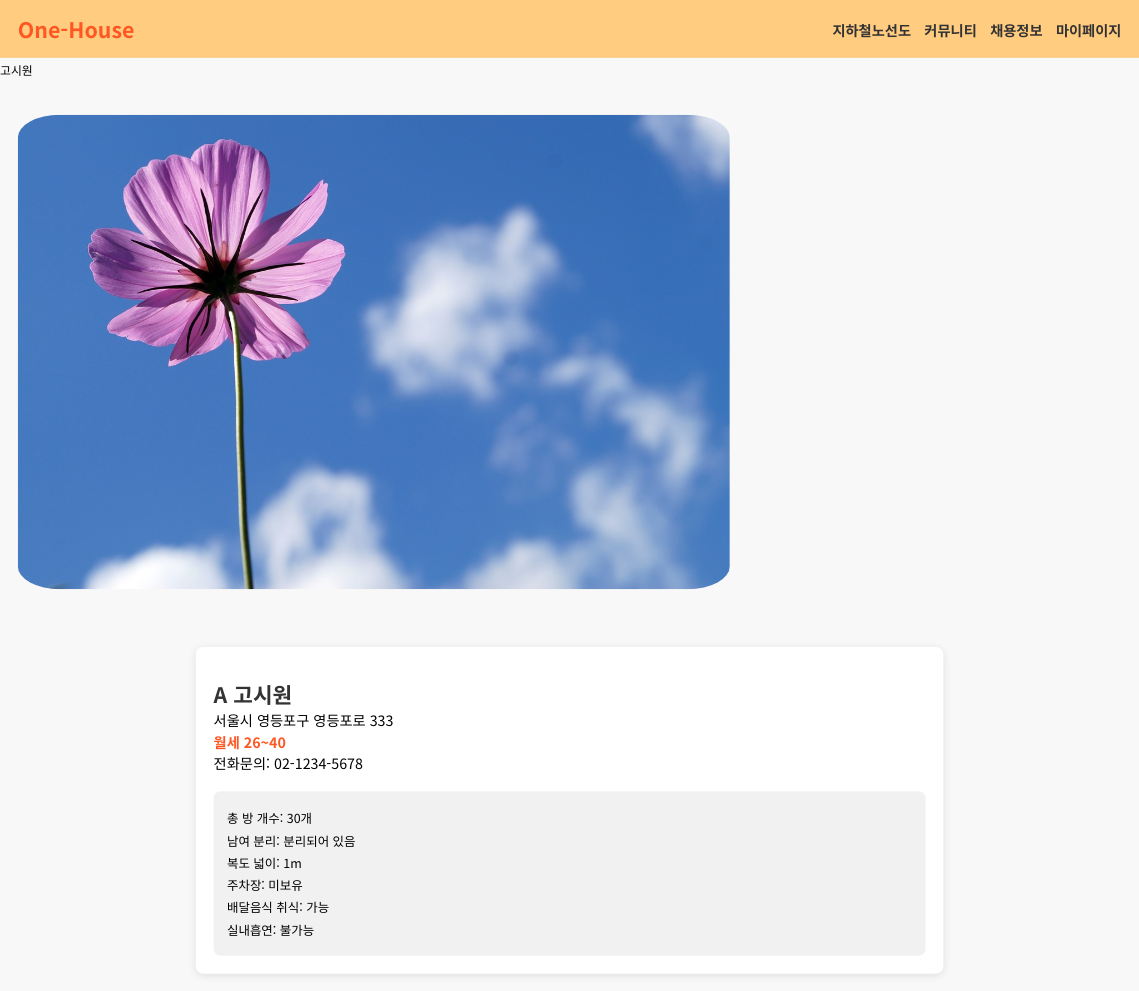
Repository: nayeon-3/one_house
Page: one_house/public/sample/page1.html
An editor plug-in stored every save of this project. The page is shown before and after the next save, followed by the edit.
The browser window is 1280 px wide. The pictures show the whole page, at 89% of full size.

Above is the page before, as saved 2025-02-12 05:29:53.

### one_house/public/sample/page1.html
<!DOCTYPE html>
<html lang="ko">
<head>
    <meta charset="UTF-8">
    <meta name="viewport" content="width=device-width, initial-scale=1.0">
    <title>One-House</title>
    <link rel="stylesheet" href="page1.css">
</head>
<body class="body">
    <header>
        <div class="logo">One-House</div>
        <nav>
            <ul>
                <li><a href="#">지하철노선도</a></li>
                <li><a href="#">커뮤니티</a></li>
                <li><a href="#">채용정보</a></li>
                <li><a href="#">마이페이지</a></li>
            </ul>
        </nav>
    </header>

    <main>
        <div class="image_box">
           <small>고시원<br><img src="/img/flower.jpg" alt="고시원 이미지"></small>
        </div>
        <div class="container">
            <div class="info-box">
                <h2>A 고시원</h2>
                <p>서울시 영등포구 영등포로 333</p>
                <p class="price">월세 26~40</p>
                <p><span class="label">전화문의:</span> 02-1234-5678</p>
            </div>
            <div class="details">
                <p>총 방 개수: 30개</p>
                <p>남여 분리: 분리되어 있음</p>
                <p>복도 넓이: 1m</p>
                <p>주차장: 미보유</p>
                <p>배달음식 취식: 가능</p>
                <p>실내흡연: 불가능</p>
            </div>
        </div>
    </main>

    <script src="page1.js"></script>
</body>
</html>

### one_house/public/sample/page1.css
/*
	<weight>: Use a value from 100 to 900
	<uniquifier>: Use a unique and descriptive class name
*/
@import url('https://fonts.googleapis.com/css2?family=Noto+Sans+KR:wght@100..900&display=swap');
*{
	margin: 0;
	padding: 0;
	font-family: "Noto Sans KR", "Helvetica Neue", Helvetica, Arial, sans-serif;
	font-optical-sizing: auto;
    font-style: normal;
}
/* 기본 스타일 */
body {
    background-color: #f8f8f8;
}

/* 헤더 스타일 */
header {
    display: flex;
    justify-content: space-between;
    align-items: center;
    padding: 15px 20px;
    background-color: #ffcc80;
}

.logo {
    font-size: 24px;
    font-weight: bold;
    color: #ff5722;
}

nav ul {
    list-style: none;
    display: flex;
    gap: 15px;
}

nav ul li {
    display: inline;
}

nav ul li a {
    text-decoration: none;
    color: #333;
    font-weight: bold;
}

/* 컨테이너 스타일 */
.container {
    max-width: 800px;
    margin: 20px auto;
    background: white;
    padding: 20px;
    border-radius: 8px;
    box-shadow: 0 2px 10px rgba(0, 0, 0, 0.1);
}

/* 이미지 박스 */
.image-box {
    max-width: 800px;
    margin: 20px auto;
    padding: 20px;
    overflow: hidden;

}

img {
   	max-width: 800px;
    margin: 20px auto;
    border-radius: 8%;
    padding: 20px;
}

/* 정보 박스 */
.info-box {
    margin-top: 15px;
}

.info-box h2 {
    color: #333;
}

.info-box .price {
    color: #ff5722;
    font-weight: bold;
}

/* 상세 정보 스타일 */
.details {
    margin-top: 20px;
    background: #f1f1f1;
    padding: 15px;
    border-radius: 8px;
}

.details p {
    margin: 5px 0;
    font-size: 14px;
}

### one_house/public/sample/page1.js
	document.addEventListener("DOMContentLoaded", function () {
    	const priceElement = document.querySelector(".price");

    // 가격 정보를 클릭하면 알림창이 뜨는 기능 추가
    if (priceElement) {
        priceElement.addEventListener("click", function () {
            alert("월세 범위는 26~40만원입니다.");
        });
    }

    // 네비게이션 메뉴 호버 효과 추가
    const navLinks = document.querySelectorAll("nav ul li a");
    navLinks.forEach(link => {
        link.addEventListener("mouseenter", function () {
            this.style.color = "#ff5722";
        });
        link.addEventListener("mouseleave", function () {
            this.style.color = "#333";
        });
    });
});

After the next save:
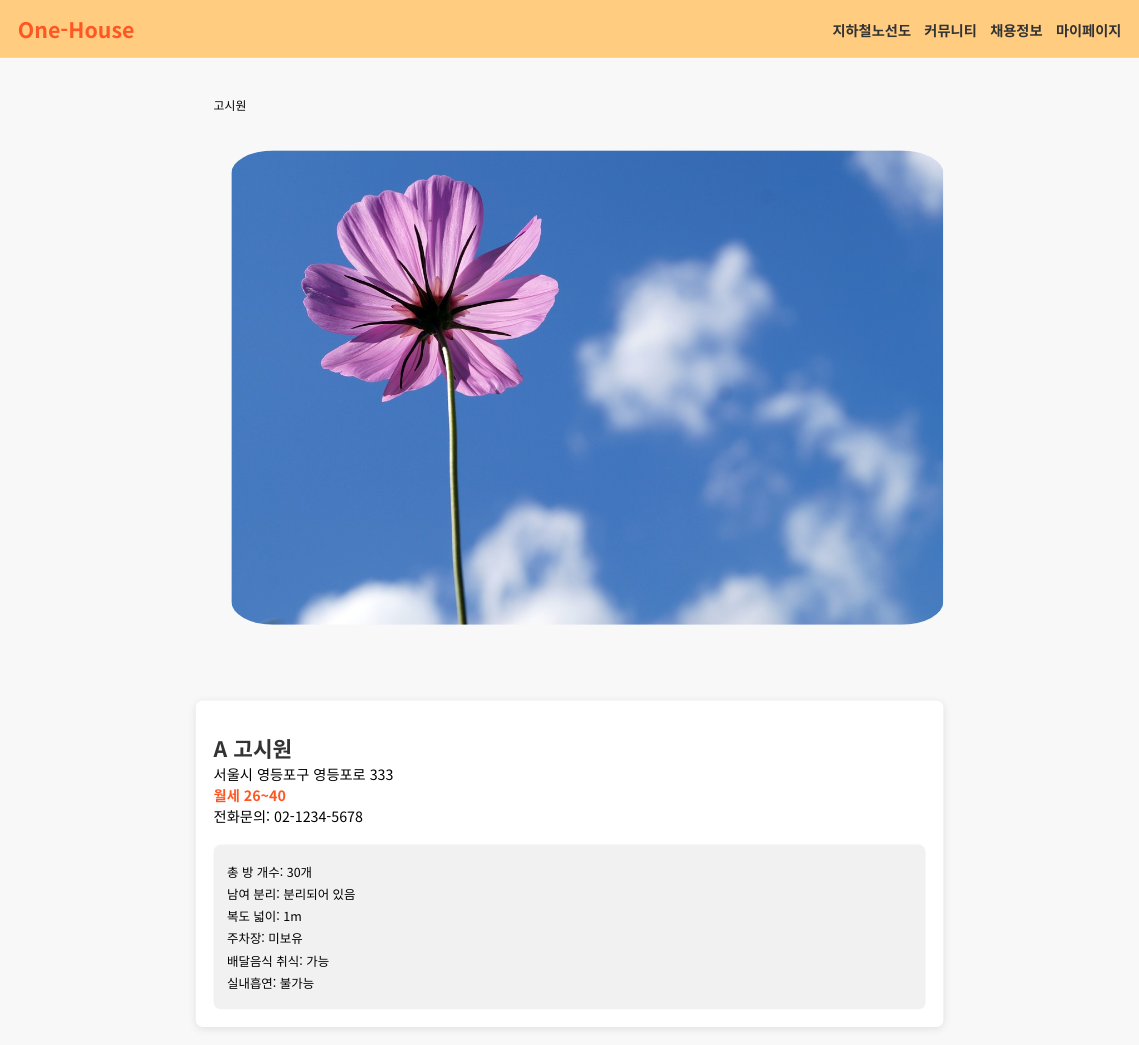
Saved 21 s later.
--- a/one_house/public/sample/page1.css
+++ b/one_house/public/sample/page1.css
@@ -57,7 +57,7 @@ nav ul li a {
 }
 
 /* 이미지 박스 */
-.image-box {
+.image_box {
     max-width: 800px;
     margin: 20px auto;
     padding: 20px;
